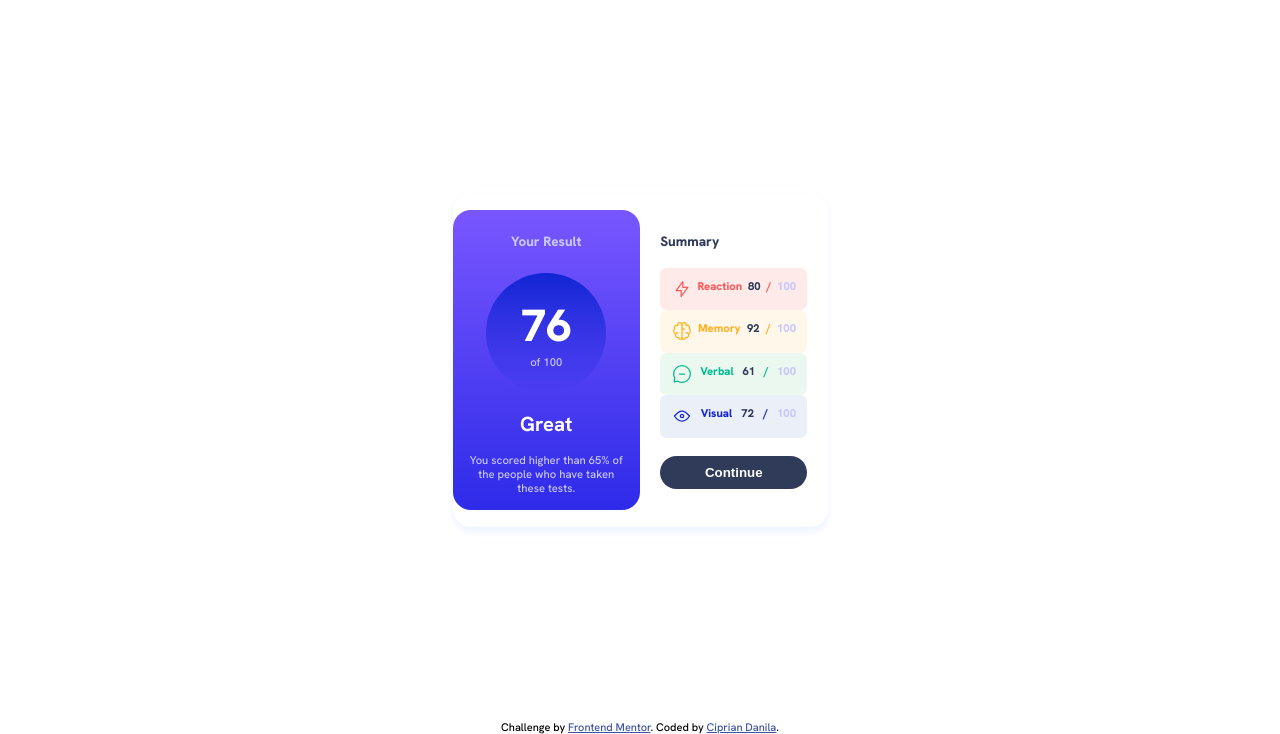
Repository: cipdanila/results-summary-component
Page: index.html
An editor plug-in stored every save of this project. The page is shown before and after the next save, followed by the edit.
The browser window is 1280 px wide. The pictures show the whole page.

Above is the page before, as saved 2024-02-02 20:27:57.

After the next save:
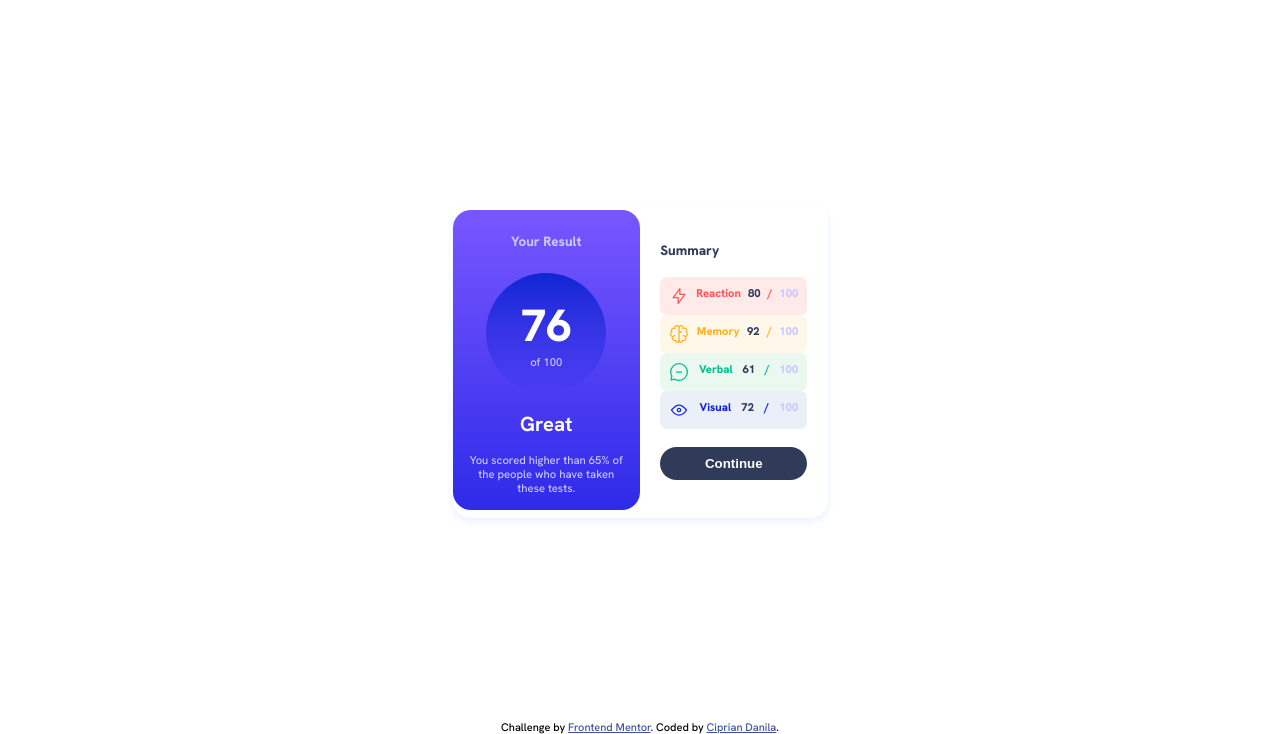
Saved 23 s later.
--- a/styles.css
+++ b/styles.css
@@ -122,7 +122,7 @@
 
 .summary div {
     width: 100%;
-    padding: 0.625rem;
+    padding: 0.5rem;
     font-size: 0.625rem;
     display: flex;
     justify-content: space-between;
